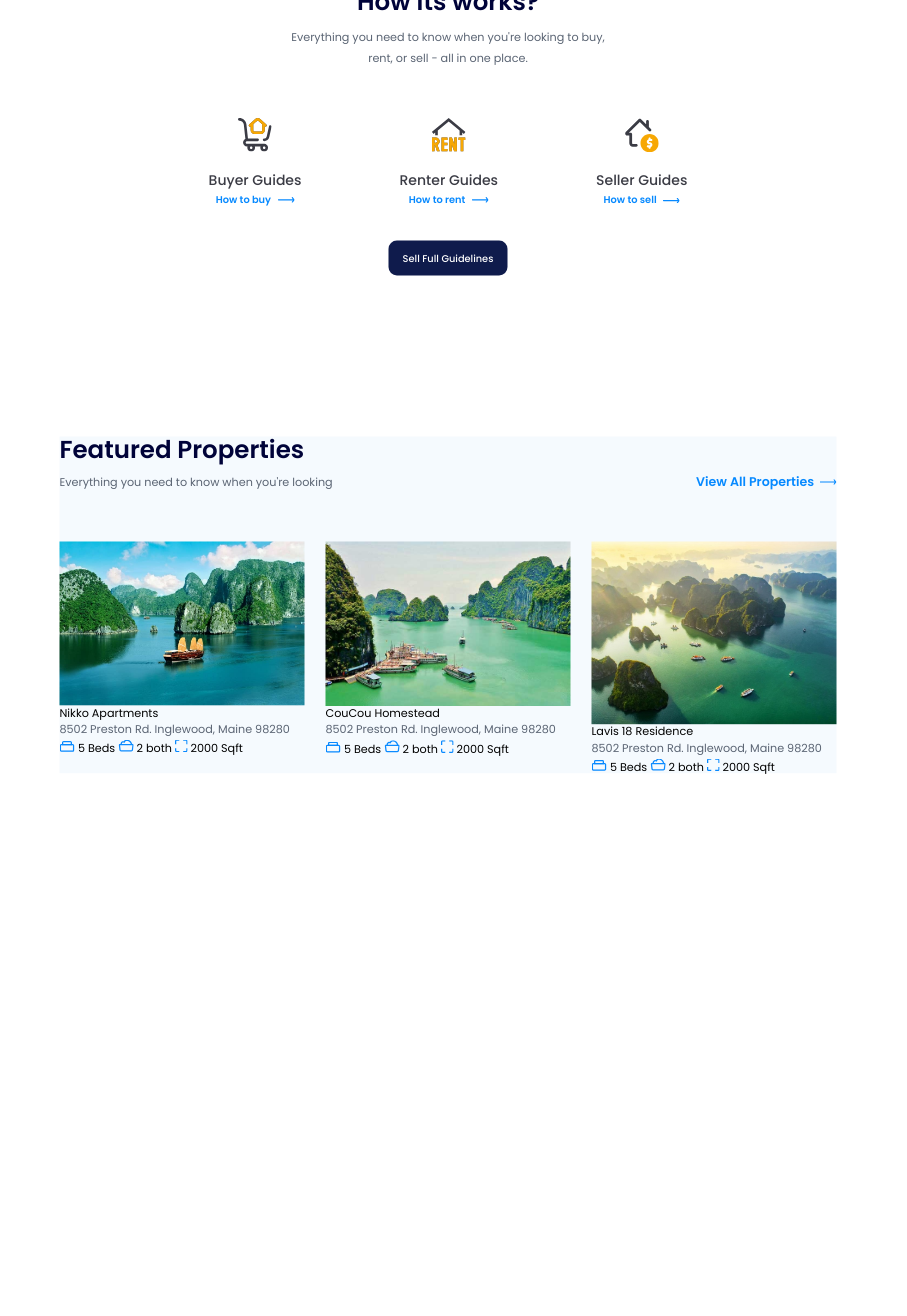
Repository: anhtien111198/f8-htmlcss-01
Page: index.html
The author's editor kept a copy of each file at every save. The page is drawn from the files as they stood at one save, then again after the next save.
The browser window is 1280 px wide. The page is 1295 px wide, so the pictures cover 1295 px, including what lies to the right of the window. The pictures show the part of the page from y = 1261 to 3141 px (the page is 10000 px tall), at 70% of full size.

Above is the page before, as saved 2023-04-30 00:55:48.

After the next save:
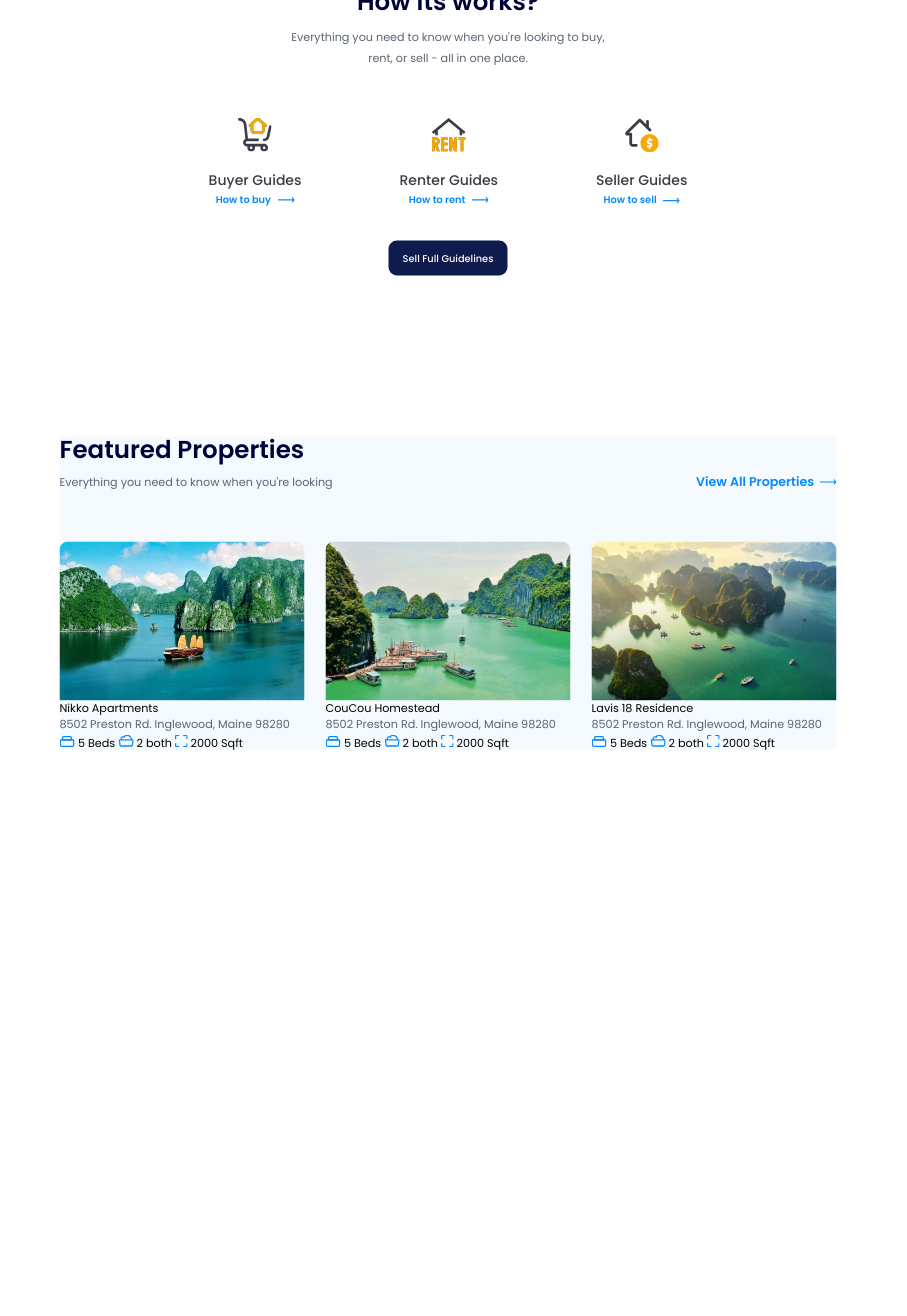
Saved 111 s later.
--- a/assets/css/styles.css
+++ b/assets/css/styles.css
@@ -248,4 +248,8 @@
 }
 .featured .item .thumb {
     width: 100%;
-}
+    height: 227px;
+    object-fit: cover;
+    border-top-right-radius: 12px;
+    border-top-left-radius: 12px;
+}
